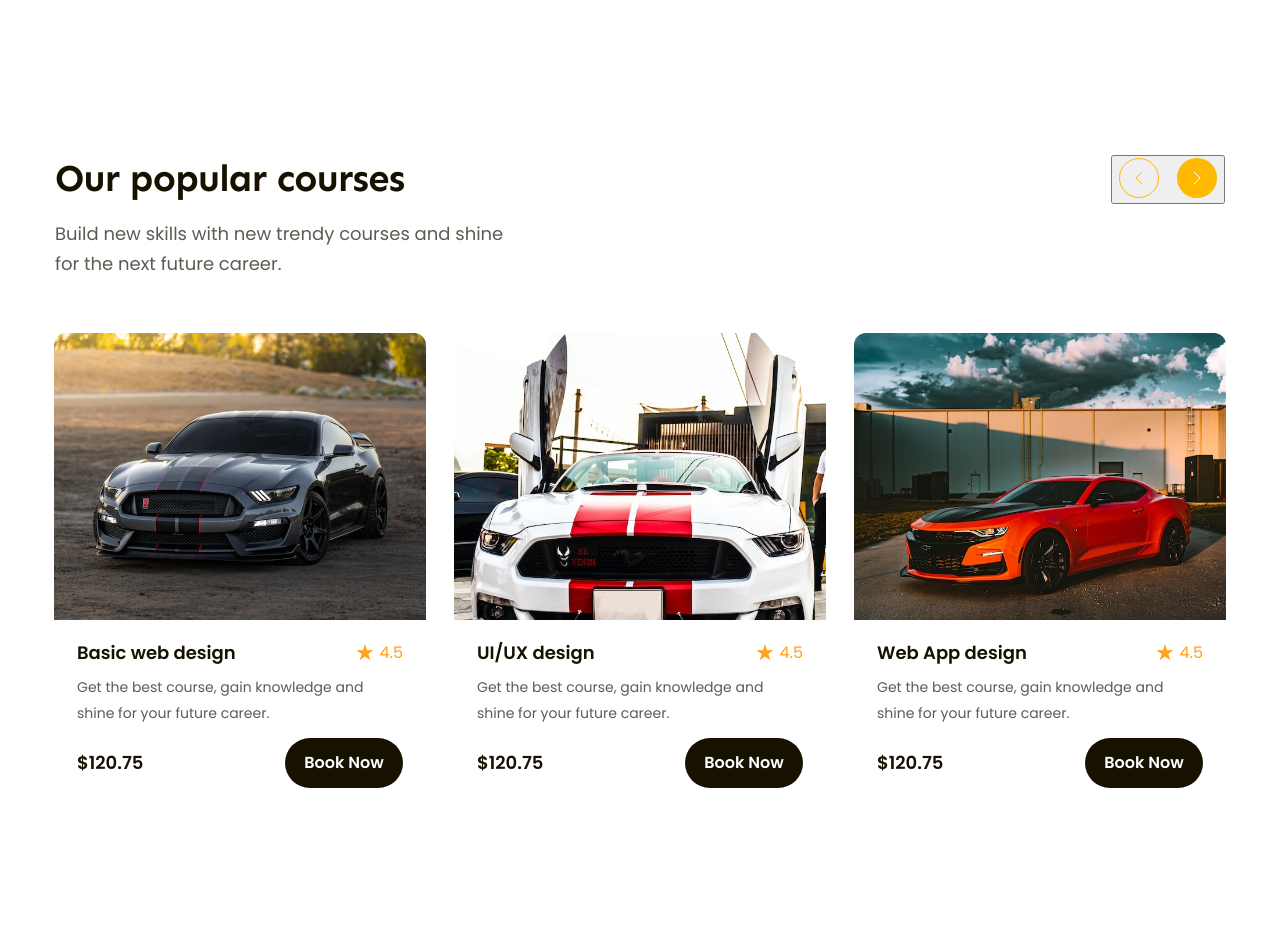
Repository: dongnguyen2112/htmlcss-project-02
Page: index.html
The author's editor kept a copy of each file at every save. The page is drawn from the files as they stood at one save, then again after the next save.
The browser window is 1280 px wide. The pictures show the part of the page from y = 945 to 1897 px (the page is 5000 px tall).
A picture or video elsewhere on the page could not be fetched, so the positions and the page height are approximate.

Above is the page before, as saved 2023-07-06 13:49:50.

### index.html
<!DOCTYPE html>
<html lang="en">
    <head>
        <meta charset="UTF-8" />
        <meta name="viewport" content="width=device-width, initial-scale=1.0" />
        <title>F8 project 01</title>
        <!-- Reset CSS -->
        <link rel="stylesheet" href="./assets/css/reset.css" />
        <!-- Font -->
        <link rel="preconnect" href="https://fonts.googleapis.com" />
        <link rel="preconnect" href="https://fonts.gstatic.com" crossorigin />
        <link
            href="https://fonts.googleapis.com/css2?family=Poppins:ital,wght@0,400;0,500;0,600;0,700;1,400&family=Sen:wght@700&display=swap"
            rel="stylesheet"
        />
        <!-- Style CSS -->
        <link rel="stylesheet" href="./assets/css/styles.css" />
    </head>
    <body>
        <main style="height: 5000px">
            <!-- Header -->
            <header class="header fixed">
                <div class="main-content">
                    <div class="body">
                        <!-- Logo -->
                        <img src="./assets/img/Logo..png" alt="" class="logo">
                        <!-- Nav -->
                        <nav class="nav">
                            <ul>
                                <li class="active">
                                    <a href="#!">Home</a>
                                </li>
                                <li>
                                    <a href="#!">Courses</a>
                                </li>
                                <li>
                                    <a href="#!">Pricing</a>
                                </li>
                                <li>
                                    <a href="#!">Reviews</a>
                                </li>
                            </ul>
                        </nav>
                        <!-- Action -->
                        <div class="action">
                            <a href="#!" class="btn sign-up-btn">Sign Up </a>
                        </div>
                    </div>
            </header>
            <!-- Hero -->
            <div class="hero">
                <div class="main-content">
                    <div class="body">
                        <!-- Hero-left -->
                        <div class="media-block">
                            <img src="./assets/img/hero-img.jpg" alt="Learn without limits and spread knowledge." class="img">
                            <div class="hero-summary">
                                <div class="item">
                                    <div class="icon">
                                        <img src="./assets/icon/list.svg" alt="">
                                    </div>
                                    <div class="info">
                                        <div class="lable">20 Courses</div>
                                        <div class="title">UI/UX Design</div>
                                    </div>
                                </div>
                                <div class="item">
                                    <div class="icon">
                                        <img src="./assets/icon/code.svg" alt="">
                                    </div>
                                    <div class="info">
                                        <div class="lable">20 Courses</div>
                                        <div class="title">Development</div>
                                    </div>
                                </div>
                                <div class="item">
                                    <div class="icon">
                                        <img src="./assets/icon/speaker.svg" alt="">
                                    </div>
                                    <div class="info">
                                        <div class="lable">30 Courses</div>
                                        <div class="title">Marketing</div>
                                    </div>
                                </div>
                            </div>
                        </div>
                        <!-- Hero-right -->
                        <div class="content-block">
                            <h1 class="heading lv1">Learn without limits and spread knowledge.</h1>
                            <p class="desc">Build new skills for that “this is my year” feeling with courses, certificates, and degrees from world-class universities and companies.</p>
                            <div class="cta-group">
                                <a href="#!" class="btn hero-cta">See Courses</a>
                                <button class="watch-video">
                                    <div class="icon">
                                        <img src="./assets/icon/play.svg" alt="">
                                    </div>
                                    <span>Watch Video</span>
                                </button>
                            </div>
                            <p class="desc">Recent engagement</p>
                            <p class="desc stats">
                               <strong>50K</strong> Students
                                <strong>70+</strong> Courses
                            </p>
                        </div>
                    </div>
                </div>
            </div>
            <!-- Popular -->
            <div class="popular">
                <div class="main-content">
                    <div class="popular-top">
                        <div class="info">
                            <h2 class="heading lv2">Our popular courses</h2>
                            <p class="desc">Build new skills with new trendy courses and shine for the next future career.</p>
                        </div>
                        <div class="control">
                            <button class="control-btn">
                                <img src="./assets/icon/control.svg" alt="">
                            </button>
                        </div>
                    </div>
                    <!-- Course-item 1 -->
                    <div class="course-list">
                        <div class="course-item">
                           <a href="#!"><img src="./assets/img/course-1.jpg" alt="Basic web design" class="thumb"></a>
                            <div class="info">
                                <div class="head">
                                    <h3 class="title">Basic web design</h3>
                                    <div class="rating">
                                        <img src="./assets/icon/Star.svg" alt="" class="star">
                                        <span class="value">4.5</span>
                                    </div>
                                </div>
                                <p class="desc">Get the best course, gain knowledge and shine for your future career.</p>
                                <div class="foot">
                                    <span class="price">$120.75</span>
                                    <div class="btn book-btn">Book Now</div>
                                </div>
                            </div>
                        </div>

                    <!-- Course-item 2 -->
                        <div class="course-item">
                            <a href="#!"><img src="./assets/img/course-2.jpg" alt="Basic web design" class="thumb"></a>
                            <div class="info">
                                <div class="head">
                                    <h3 class="title">UI/UX design</h3>
                                    <div class="rating">
                                        <img src="./assets/icon/Star.svg" alt="" class="star">
                                        <span class="value">4.5</span>
                                    </div>
                                </div>
                                <p class="desc">Get the best course, gain knowledge and shine for your future career.</p>
                                <div class="foot">
                                    <span class="price">$120.75</span>
                                    <div class="btn book-btn">Book Now</div>
                                </div>
                            </div>
                        </div>
                    <!-- Course-item 3 -->
                        <div class="course-item">
                            <img src="./assets/img/course-3.jpg" alt="Basic web design" class="thumb">
                            <div class="info">
                                <div class="head">
                                    <h3 class="title">Web App design</h3>
                                    <div class="rating">
                                        <img src="./assets/icon/Star.svg" alt="" class="star">
                                        <span class="value">4.5</span>
                                    </div>
                                </div>
                                <p class="desc">Get the best course, gain knowledge and shine for your future career.</p>
                                <div class="foot">
                                    <span class="price">$120.75</span>
                                    <div class="btn book-btn">Book Now</div>
                                </div>
                            </div>
                        </div>
                    </div>
                </div>
            </div>
        </main>
    </body>
</html>

### assets/css/styles.css
* {
    box-sizing: border-box;
}
html {
    font-size: 62.5%;
}
body {
    font-size: 1.6rem;
    font-family: "Poppins", sans-serif;
}
:root {
    --primary-color: #ffb900;
    --font-heading: Sen, sans-serif;
}
/* Common */
a {
    text-decoration: none;
}
.main-content {
    width: 1170px;
    max-width: calc(100% - 48px);
    margin-left: auto;
    margin-right: auto;
}
.btn {
    display: inline-block;
    min-width: 118px;
    padding: 0 16px;
    line-height: 50px;
    color: #fff;
    text-align: center;
    font-size: 1.6rem;
    font-weight: 600;
    border-radius: 999px;
    background: #171100;
    cursor: pointer;
}
.btn:hover {
    opacity: 0.9;
}
.heading {
    color: #171100;
    font-family: var(--font-heading);
    font-weight: 700;
    letter-spacing: -0.02em;
}
.heading.lv1 {
    font-size: 5.8rem;
    line-height: 1.17;
}
.heading.lv2 {
    font-size: 3.8rem;
    line-height: 1.26;
}
/* Header */
.header {
    background: #fffcf4;
}
.header.fixed {
    position: sticky;
    top: -28px;
    z-index: 1;
}
.header .body {
    display: flex;
    align-items: center;
    padding: 36px 0 8px;
}
.header .sign-up-btn {
    min-width: 114px;
}
.header .action {
    margin-left: 49px;
}
.nav {
    margin-left: auto;
}
.nav ul {
    display: flex;
}
.nav a {
    color: #5f5b53;
    font-size: 1.6rem;
    padding: 8px 21px;
    position: relative;
}
.nav a:hover,
.nav .active a {
    color: #171100;
    font-size: 1.6rem;
    /* font-weight: 600; */
    text-shadow: 1px 0 0 currentColor;
}
.nav .active a::after {
    content: "";
    left: 21px;
    display: block;
    width: 12px;
    height: 2px;
    border-radius: 1px;
    background: #171100;
    position: absolute;
    bottom: 6px;
}
/* hero */
.hero {
    padding: 56px 0 65px;
    background: #fffcf4;
}
.hero .body {
    display: flex;
}
/* hero-left */
.hero .media-block {
    width: 48%;
    position: relative;
}
.hero .media-block .img {
    width: 470px;
    height: 685px;
    object-fit: cover;
    border-radius: 20px;
    display: block;
}
.hero-summary {
    position: absolute;
    right: 0;
    bottom: 48px;
    border-radius: 12px;
    background: #fff;
    box-shadow: 0px 16px 32px 0px rgba(0, 0, 0, 0.05);
    width: 270px;
    padding: 24px;
}
.hero-summary .item {
    display: flex;
    align-items: center;
}
.hero-summary .item + .item {
    margin-top: 22px;
}
.hero-summary .icon {
    width: 48px;
    height: 48px;
    border-radius: 50%;
    display: flex;
    align-items: center;
    justify-content: center;
    background: #fff9e8;
}
.hero-summary .item:nth-last-of-type(2) .icon {
    background: #fcefff;
}
.hero-summary .item:nth-child(3) .icon {
    background: #ebeaff;
}
.hero-summary .info {
    margin-left: 16px;
}
.hero-summary .label {
    font-size: 1.4rem;
    line-height: 1.86;
    color: #5f5b53;
}
.hero-summary .title {
    color: #171100;
    font-size: 1.4rem;
    font-weight: 600;
    line-height: 1.67;
}
/* hero-right */
.hero .content-block {
    width: 52%;
    padding: 64px 0 0 130px;
}

.hero .desc {
    margin-top: 22px;
    color: #5f5b53;
    font-size: 1.8rem;
    font-weight: 400;
    line-height: 1.67;
}
.hero .cta-group {
    margin: 38px 0 48px;
    display: flex;
    align-items: center;
}
.hero .hero-cta {
    background: var(--primary-color);
    line-height: 64px;
    min-width: 180px;
}
.hero .watch-video {
    display: flex;
    margin-left: 28px;
    border: none;
    background: transparent;
    align-items: center;
    cursor: pointer;
}
.hero .watch-video span {
    margin-left: 14px;
    color: #171100;
    font-size: 1.8rem;
    font-weight: 600;
    line-height: 1.67;
}
.hero .stats {
    margin: 8px 0 0 -28px;
}
.hero .stats strong {
    color: #171100;
    font-size: 4.4rem;
    font-weight: 700;
    line-height: 54px;
    font-family: var(--font-heading);
    padding: 0 8px 0 28px;
}
/* popular */
.popular {
    padding: 65px 0;
    margin-top: 135px;
}
.popular-top {
    display: flex;
    justify-content: space-between;
}
.popular-top .desc {
    margin-top: 16px;
    width: 458px;
    color: #5f5b53;
    font-size: 1.8rem;
    line-height: 1.67;
}
.popular .course-list {
    display: flex;
    margin-top: 55px;
    gap: 30px;
}
.popular .course-item {
    flex: 1;
    border-radius: 12px;
    background: #fff;
}
.popular .course-item:hover{
    border-color: transparent;
    box-shadow: 0px 18px 36px 0px rgba(0, 0, 0, 0.05);

}
.popular .course-item .thumb {
    width: calc(100% + 2px);
    border-radius: 12px 12px 0px 0px;
    height: 287px;
    object-fit: cover;
    margin: -1px;
}
.popular .course-item .info {
    padding: 16px 22px 22px;
}
.popular .course-item .foot,
.popular .course-item .rating,
.popular .course-item .head {
    display: flex;
    align-items: center;
    justify-content: space-between;
}
.popular .course-item .title {
    color: #171100;
    font-size: 1.8rem;
    font-weight: 600;
    line-height: 1.67;
}
.popular .rating .value{
    margin-left: 6px;
    color: #FEA31B;
    font-size: 1.6rem;
    font-weight: 400;
    line-height: 1.75;
}
.popular .course-item .desc {
    color: #5f5b53;
    font-size: 1.4rem;
    font-weight: 400;
    line-height: 1.86;
    margin-top: 6px;
}
.popular .course-item .foot {
   margin-top: 12px;
}
.popular .course-item .foot .price {
    color: #171100;
    font-size: 1.8rem;
    font-weight: 600;
    line-height: 1.67;
}
.popular .course-item .book-btn:hover{
    color: #fff;
    background-color: var(--primary-color);
}

Loaded but not shown: assets/css/reset.css (common file)

After the next save:
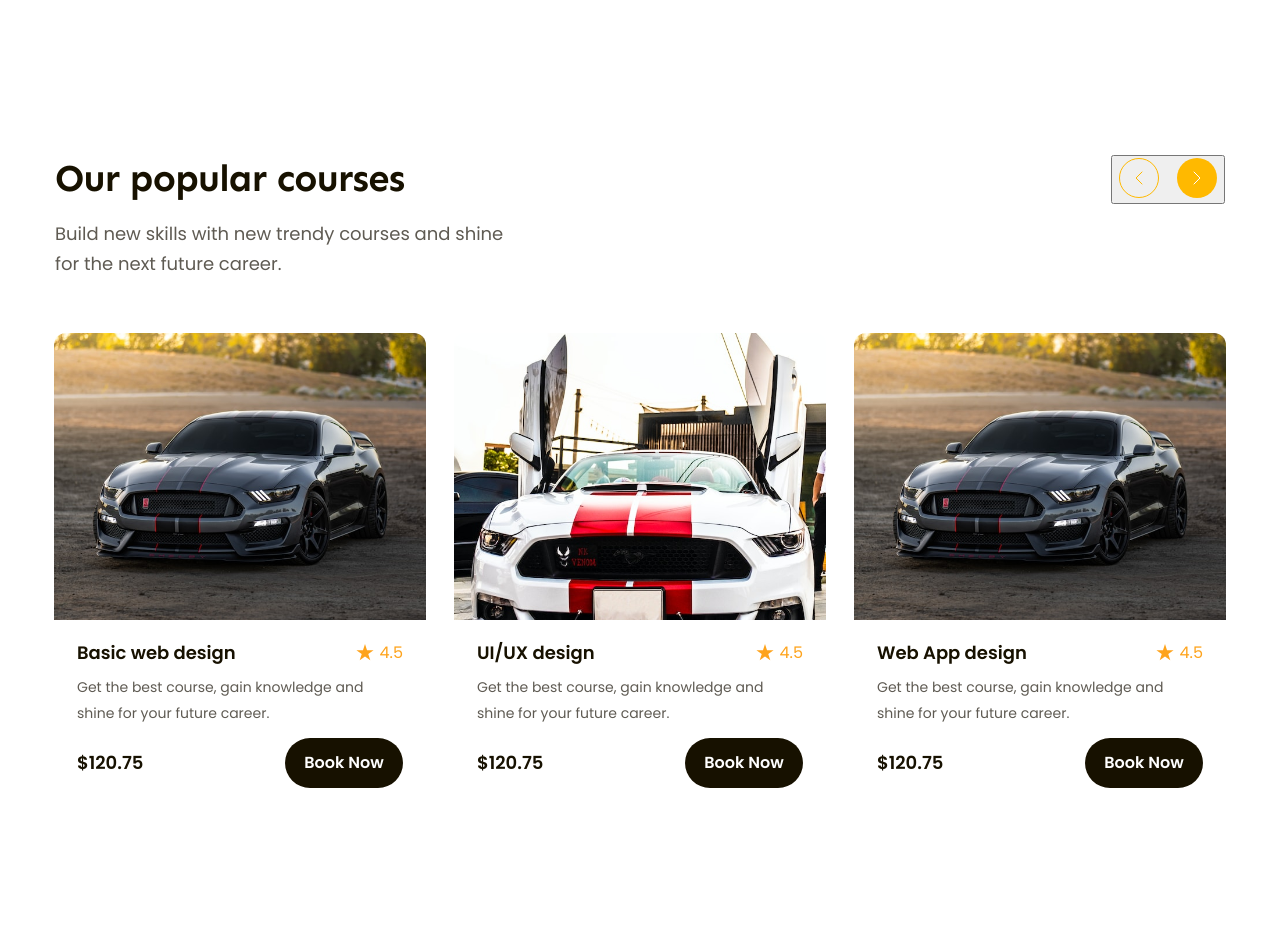
Saved 5 s later.
--- a/index.html
+++ b/index.html
@@ -160,7 +160,7 @@
                         </div>
                     <!-- Course-item 3 -->
                         <div class="course-item">
-                            <img src="./assets/img/course-3.jpg" alt="Basic web design" class="thumb">
+                            <a href="#!"><img src="./assets/img/course-1.jpg" alt="Basic web design" class="thumb"></a>
                             <div class="info">
                                 <div class="head">
                                     <h3 class="title">Web App design</h3>

After the save that followed:
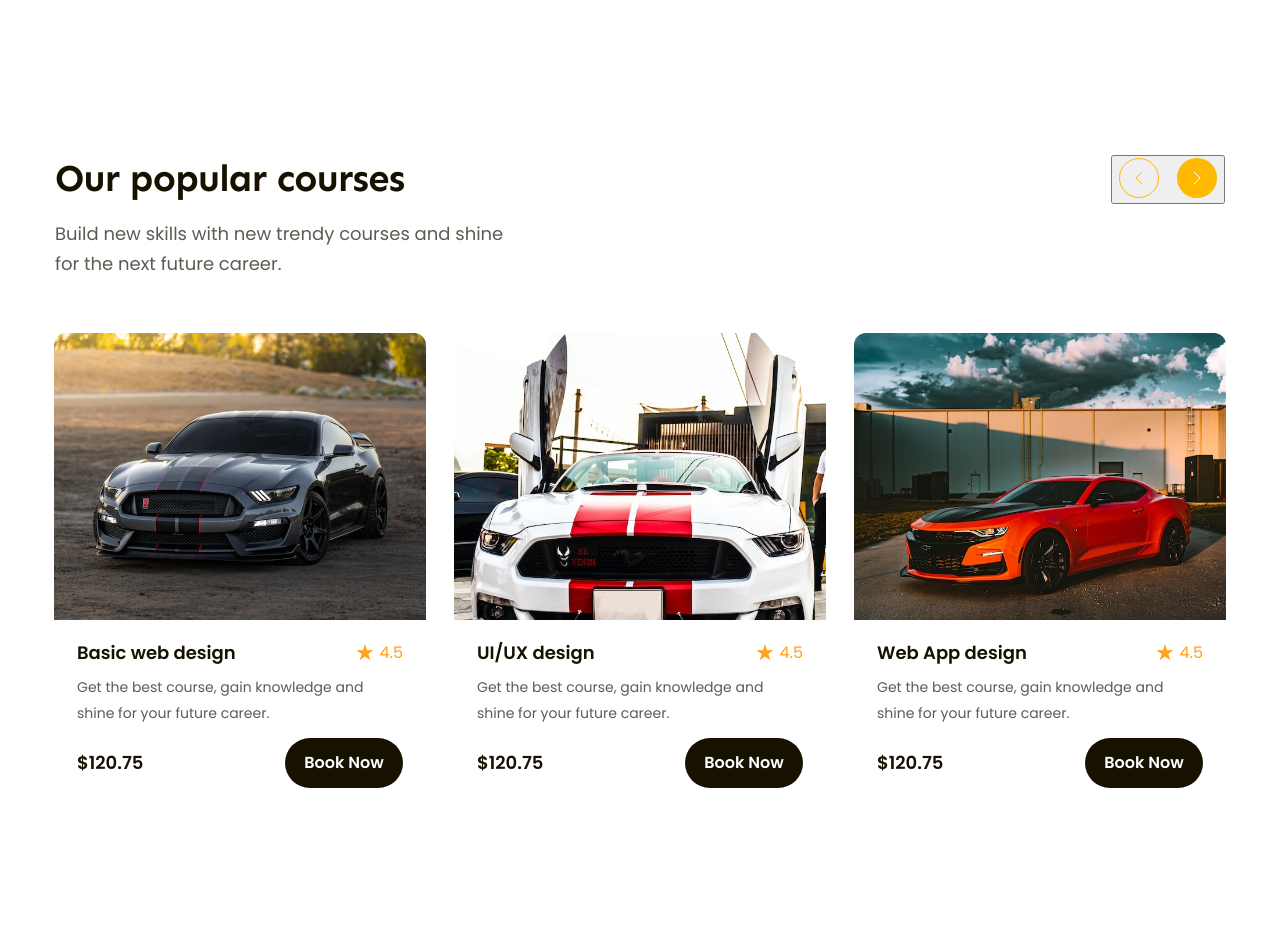
Saved 4 s later.
--- a/index.html
+++ b/index.html
@@ -160,7 +160,7 @@
                         </div>
                     <!-- Course-item 3 -->
                         <div class="course-item">
-                            <a href="#!"><img src="./assets/img/course-1.jpg" alt="Basic web design" class="thumb"></a>
+                            <a href="#!"><img src="./assets/img/course-3.jpg" alt="Basic web design" class="thumb"></a>
                             <div class="info">
                                 <div class="head">
                                     <h3 class="title">Web App design</h3>
